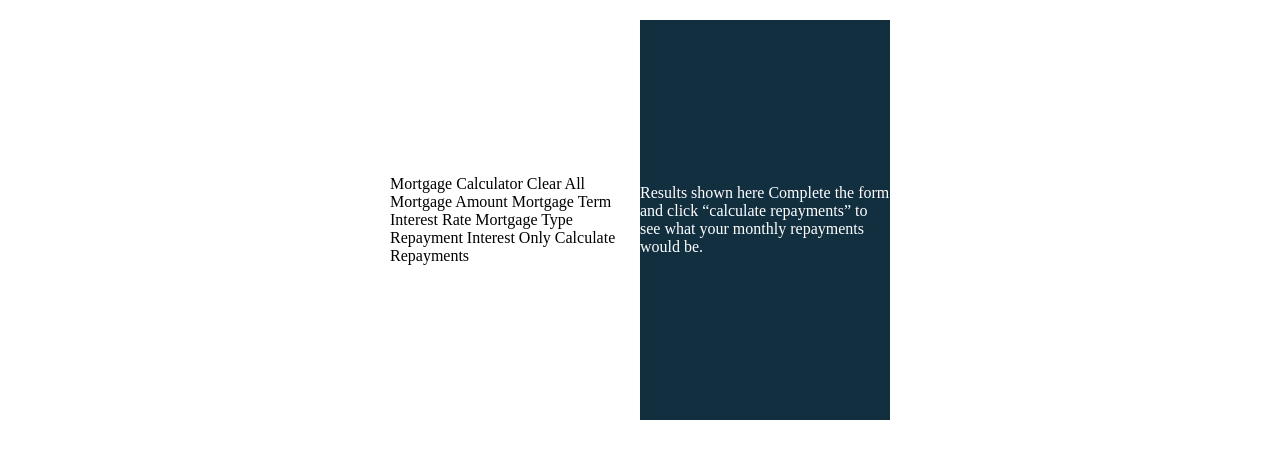
Repository: GravielPV/Mortgage-repayment-calculator
Page: index.html
The author's editor kept a copy of each file at every save. The page is drawn from the files as they stood at one save, then again after a run of saves.
The browser window is 1280 px wide. The pictures show the whole page.

Above is the page before, as saved 2025-12-11 16:46:52.

After the next 4 saves:
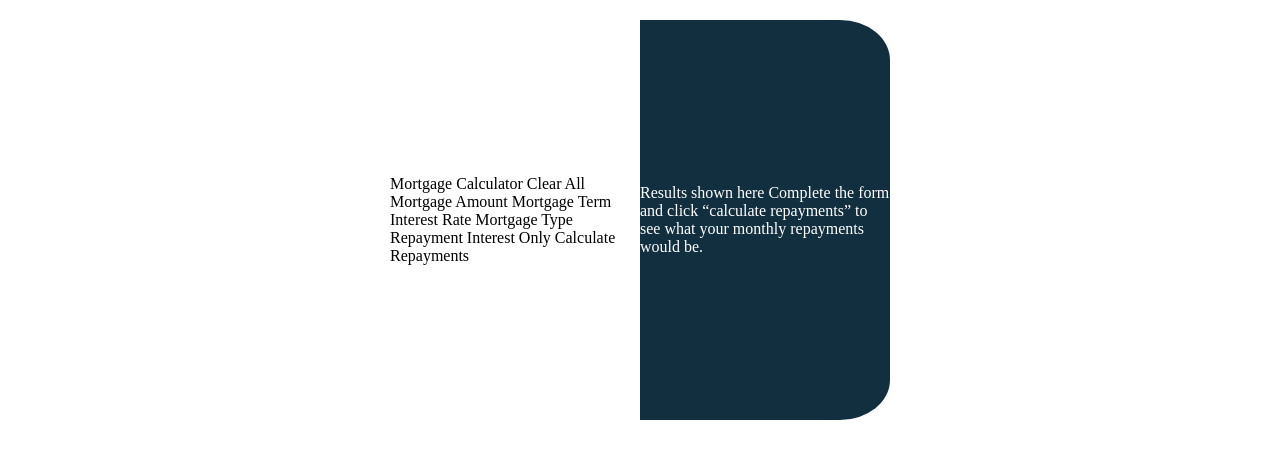
The 4 saves are shown as one change because they came seconds apart.
The last was saved 13 s later.
--- a/styles.css
+++ b/styles.css
@@ -3,7 +3,7 @@
     height: 400px;
 display: flex;
 margin: 20px auto;
-border: 1p;
+border-radius: 10%;
 
  overflow: hidden;
 }
